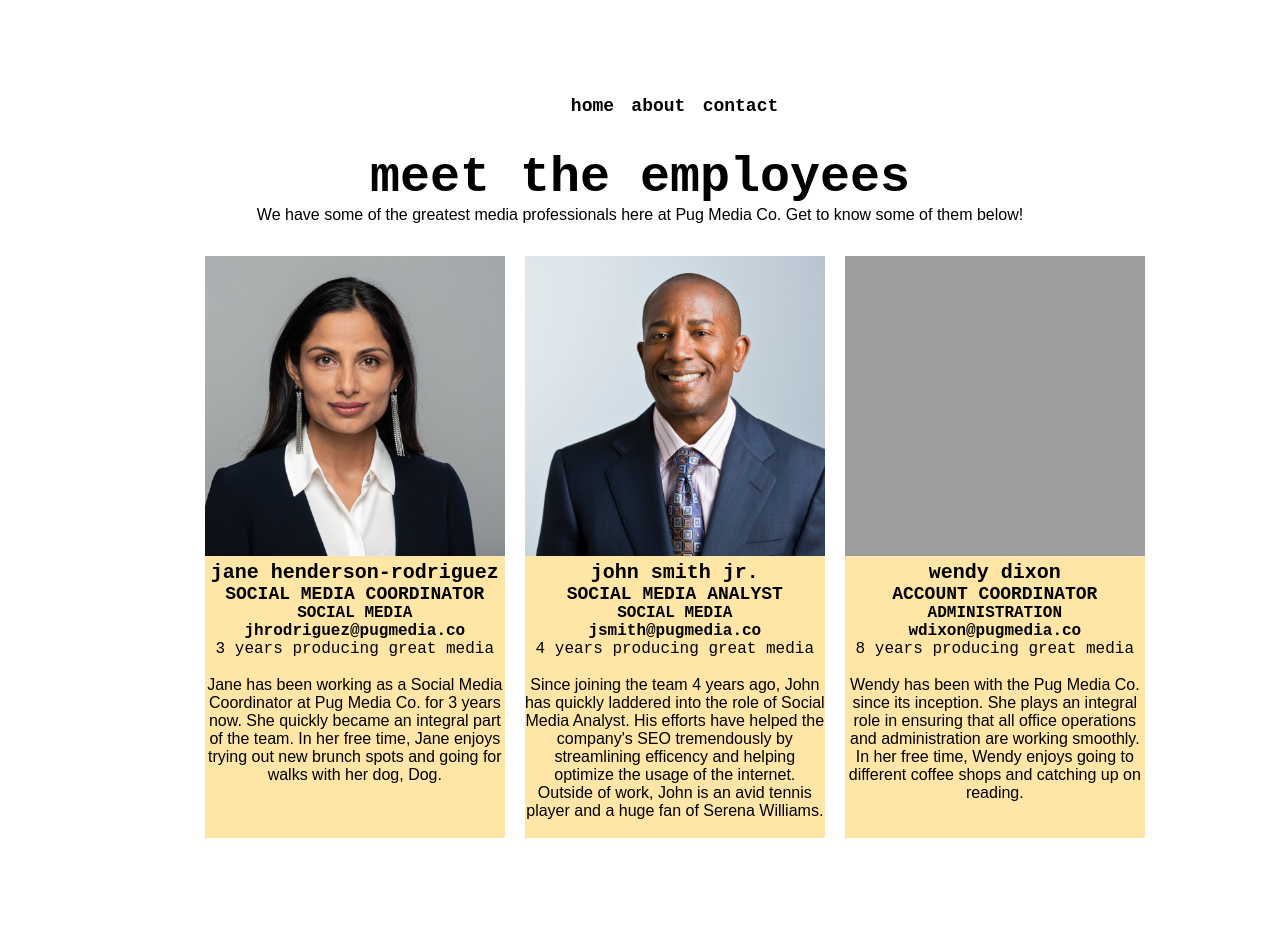
Repository: cheungglenda/MDIA2109-Week3
Page: /about
An editor plug-in stored every save of this project. The page is shown before and after the next save, followed by the edit.
The browser window is 1280 px wide. The pictures show the whole page.
Pictures or frames that could not be fetched are drawn as grey boxes. The project was rebuilt for these pictures with package versions that can differ from the ones it lists, and the page was loaded fresh each time. The framework's server and built-in components were replaced by stand-ins that run in the browser. Also part of the build but not shown: next.config.js.

Above is the page before, as saved 2023-01-20 13:05:41.

After the next save:
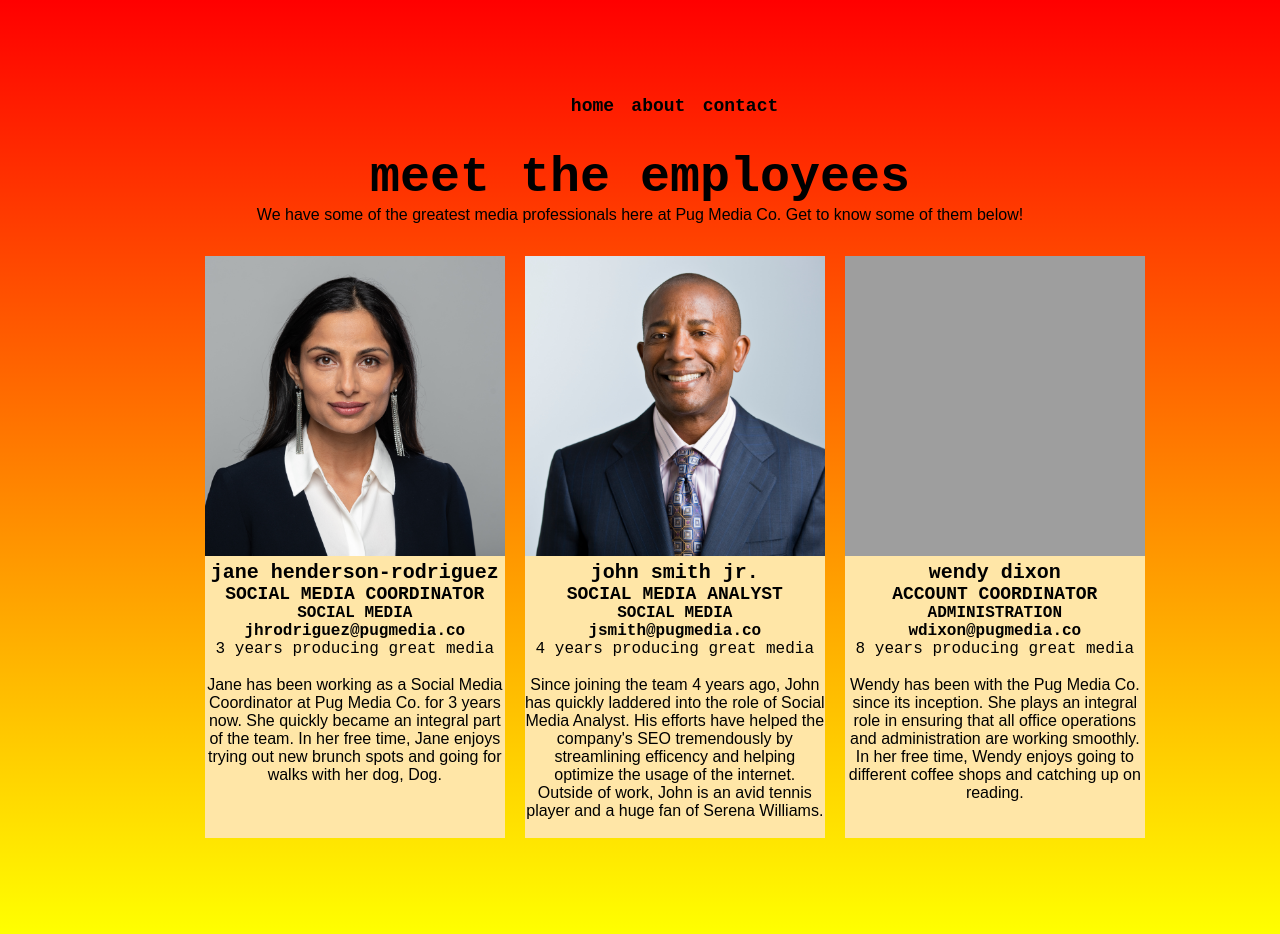
Saved 111 s later.
--- a/styles/Home.module.css
+++ b/styles/Home.module.css
@@ -6,7 +6,8 @@
   padding: 6rem;
   font-family:arial;
   min-height: 100vh;
-  background-color: rgb(255, 255, 255);
+  background-image: linear-gradient(red, yellow);
+
 }
 
 .buttons {
